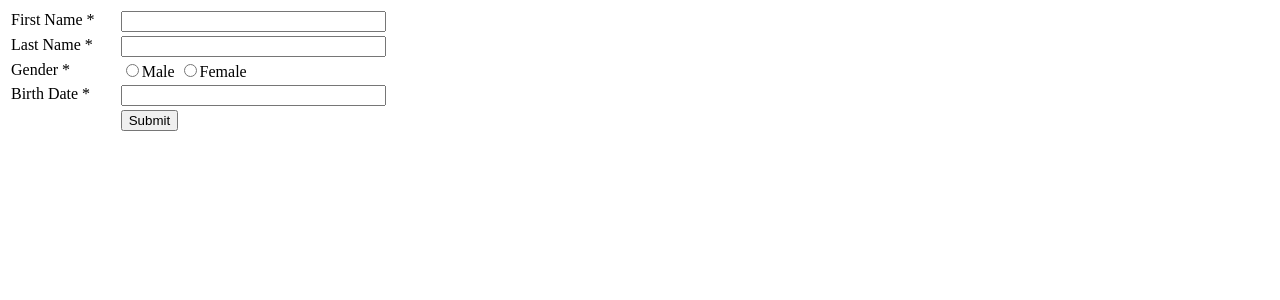
Repository: avsuhas/Java-Project
Page: http://localhost/Employee_Project/jsp/addUser.jsp
An editor plug-in stored every save of this project. The page is shown before and after the next save, followed by the edit.
The browser window is 1280 px wide. The pictures show the whole page.
The page is served by Tomcat 9. Other server files are loaded and not shown.

Above is the page before, as saved 2017-06-01 15:31:45.

### Employee Project/WebContent/jsp/addUser.jsp
<%@ page language="java" contentType="text/html; charset=UTF-8"
    pageEncoding="UTF-8"%>
<!DOCTYPE html PUBLIC "-//W3C//DTD HTML 4.01 Transitional//EN" "http://www.w3.org/TR/html4/loose.dtd">
<html>
<head>
<meta http-equiv="Content-Type" content="text/html; charset=UTF-8">
<title>Insert title here</title>
</head>
<body>
<form name="myForm" action="#" method="post"  onsubmit="return validateForm()">

<table width="450px" >

	<tr>
 	<td valign="top">
  	<label for="first_name">First Name *</label>
 	</td>
 	<td valign="top">
 	<input type="text" name="firstName"  maxlength="20" size="30" required>
 	<br>
 	</td>
	</tr>

	<tr>
 	<td valign="top">
  	<label for="last_name">Last Name *</label>
 	</td>

 	<td valign="top">
 	<input  type="text" name="last_name" maxlength="20" size="30" required>

 	</td>
	</tr>




	<tr>
 	<td valign="top">
  	<label for="Sex">Gender *</label>
 	</td>
 	<td valign="top">
 	<input type="radio" name="Sex" value="Male" required>Male
	<input type="radio" name="Sex" value="Female">Female
	</tr>


	<tr>
 	<td valign="top">
  	<label for="birthDate">Birth Date *</label>
 	</td>
 	<td valign="top">
  	<input  type="text" name="birthDate" maxlength="20" size="30" required>
 	</td>
	</tr>






	<tr>
 	<td valign="top">
 	</td>
 	<td valign="top">

  	<input type="submit" value = "Submit" class="sbmtBtn" />
 	</td>
	</tr>


 	</table>


</form>


</body>
</html>

After the next save:
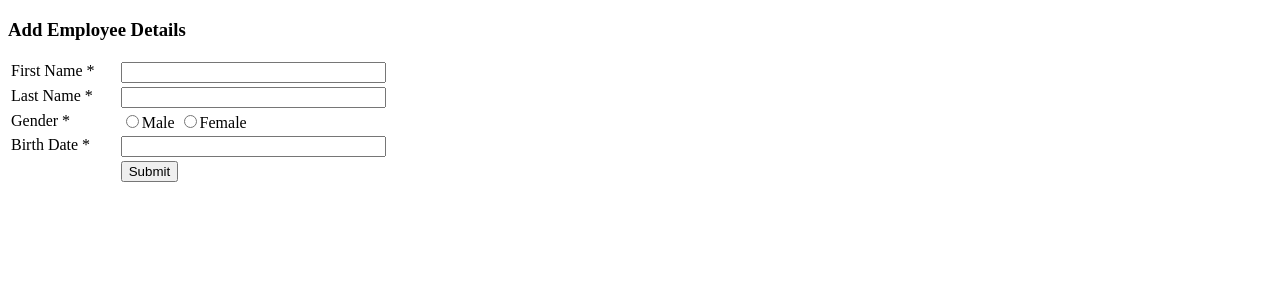
Saved 49 s later.
--- a/Employee Project/WebContent/jsp/addUser.jsp
+++ b/Employee Project/WebContent/jsp/addUser.jsp
@@ -7,6 +7,7 @@
 <title>Insert title here</title>
 </head>
 <body>
+<h3> Add Employee Details </h3>
 <form name="myForm" action="#" method="post"  onsubmit="return validateForm()">
 
 <table width="450px" >
